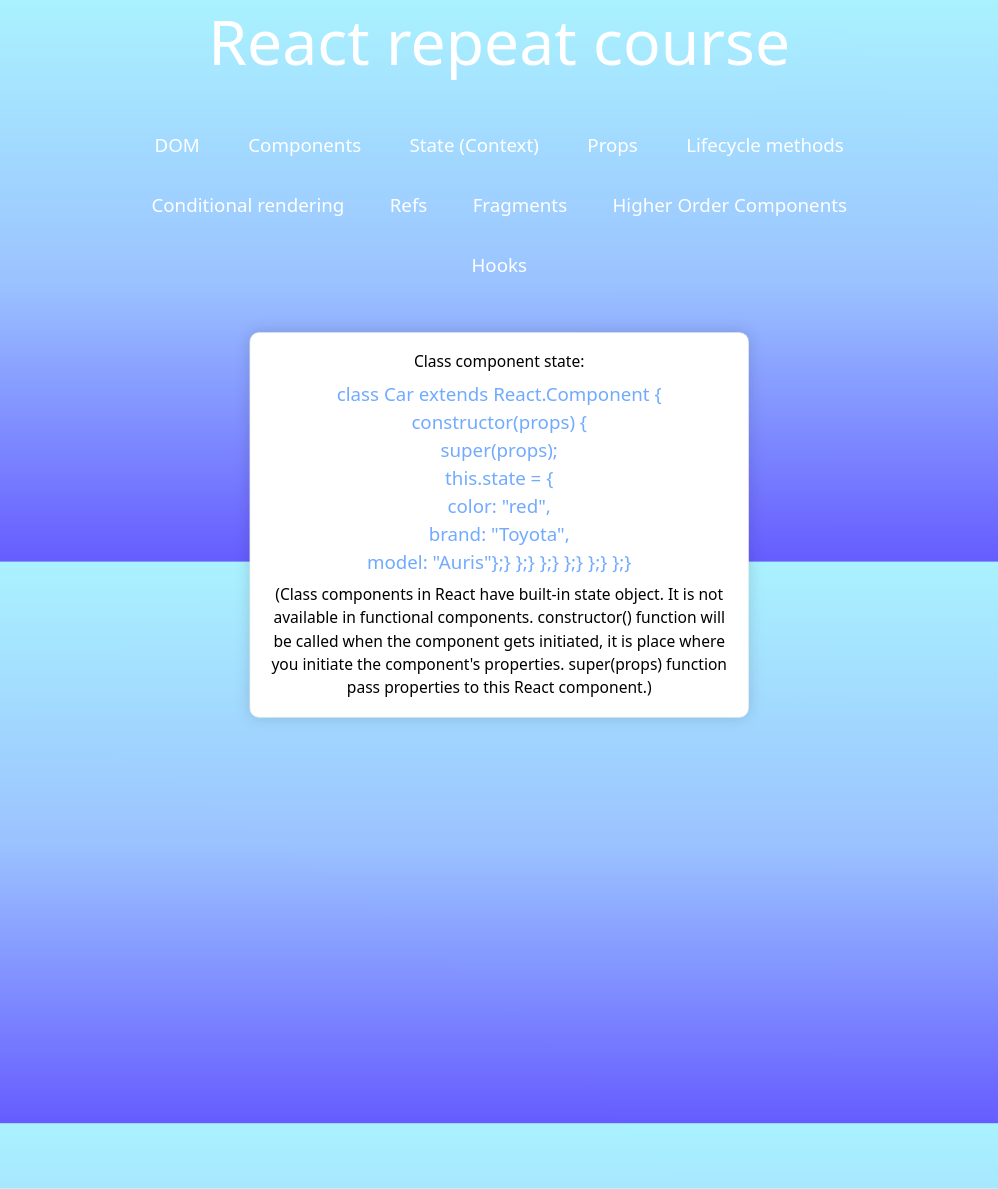
Repository: michalgornicki/github
Page: /#/State
An editor plug-in stored every save of this project. The page is shown before and after the next save, followed by the edit.
The browser window is 1280 px wide. The pictures show the whole page, at 78% of full size.
Backgrounds fixed to the window are drawn as part of the page. The project was rebuilt for these pictures with package versions that can differ from the ones it lists, and the page was loaded fresh each time. Also part of the build but not shown: src/components/dom.jsx, src/components/components.jsx, src/components/props.jsx, src/components/lifecycle.jsx, src/components/conditional.jsx, src/components/refs.jsx, src/components/fragments.jsx, src/components/hoc.jsx and 1 more.

Above is the page before, as saved 2022-02-07 12:58:34.

### src/App.jsx
import React from "react";
import "./App.css";
import "bootstrap/dist/css/bootstrap.min.css";
import { Route, HashRouter as Router, Routes, Link } from "react-router-dom";
import DOM from "./components/dom.jsx";
import Components from "./components/components.jsx";
import State from "./components/state.jsx";
import Props from "./components/props.jsx";
import Lifecycle from "./components/lifecycle.jsx";
import Conditional from "./components/conditional.jsx";
import Refs from "./components/refs.jsx";
import Fragments from "./components/fragments.jsx";
import HOC from "./components/hoc.jsx";
import Hooks from "./components/hooks.jsx";

const App = () => {
  return (
    <Router>
      <div className="text-center">
        <div className="display-1 mt-1 mb-5 text-white">React repeat course</div>

        <div className="h4 d-flex w-75 m-auto my-5 justify-content-evenly flex-wrap text-white">
          <Link className="link-style m-3" to="/">
            DOM
          </Link>
          <Link className="link-style m-3" to="/Components">
            Components
          </Link>
          <Link className="link-style m-3" to="/State">
            State (Context)
          </Link>
          <Link className="link-style m-3" to="/Props">
            Props
          </Link>
          <Link className="link-style m-3" to="/Lifecycle">
            Lifecycle methods
          </Link>
          <Link className="link-style m-3" to="/Conditional">
            Conditional rendering
          </Link>
          <Link className="link-style m-3" to="/Refs">
            Refs
          </Link>
          <Link className="link-style m-3" to="/Fragments">
            Fragments
          </Link>
          <Link className="link-style m-3" to="/HOC">
            Higher Order Components
          </Link>
          <Link className="link-style m-3" to="/Hooks">
            Hooks
          </Link>
        </div>

        <Routes>
          <Route path="/" element={<DOM />} />
          <Route path="/Components" element={<Components />} />
          <Route path="/State" element={<State />} />
          <Route path="/Props" element={<Props />} />
          <Route path="/Lifecycle" element={<Lifecycle />} />
          <Route path="/Conditional" element={<Conditional />} />
          <Route path="/Refs" element={<Refs />} />
          <Route path="/Fragments" element={<Fragments />} />
          <Route path="/HOC" element={<HOC />} />
          <Route path="/Hooks" element={<Hooks />} />
        </Routes>
      </div>
    </Router>
  );
};

export default App;

### src/App.css
@import url('https://fonts.googleapis.com/css2?family=Catamaran:wght@400&display=swap');

body{
    font-family: 'Catamaran', sans-serif;
    overflow-x: hidden;
    padding-bottom: 80vh;
    height: auto;
    background: linear-gradient(rgb(170, 242, 255), rgb(155, 195, 255), rgb(102, 92, 255));
    background-attachment: fixed;
}

.js-item{
    color:rgb(0, 0, 0);
    font-size: 1.25rem;
    background-color: white;
    transition: 0.2s;
    padding: 3vh;
    margin-bottom: 4vh!important;
    border: 1px solid rgb(240, 240, 240);
    width: 50%;
    margin-left: auto;
    margin-right: auto;
    box-shadow: 0px 0px 20px rgba(0, 0, 0, 0.15);
    border-radius: 0.75rem;
}

.js-item:hover{
    cursor: pointer;
    background-color: rgb(240, 240, 240);
}

.text-color{
    margin: auto;
    padding: 0.5rem;
    width: fit-content;
    color:rgb(113, 170, 255)!important;
    font-size: 1.5rem;
    border-radius: 1rem;
}

.link-style{
    color: inherit;
    text-decoration: inherit;
    padding: 0.5rem;
    border-radius: 0.5rem;
}

.link-style:hover{
    color: rgb(113, 170, 255);
    text-decoration: inherit;
}

@media only screen and (max-device-width: 600px), (max-width: 600px) {

    .js-item{
        width: 95%;
    }

}

### src/components/state.jsx
const State = () => {
  return (
    <div className="">
      <div className="js-item">
        {" "}
        <div className="">Class component state: </div>
        <div className="text-color">
          {`class Car extends React.Component {`} <br />
          {`constructor(props) {`} <br />
          {`super(props);`}{" "} <br />
          {`this.state = {`} <br />
          {`color: "red",`} <br />
          {`brand: "Toyota",`} <br />
          {`model: "Auris"`}
          {`};}`}{" "}
          {`};}`}{" "}
          {`};}`}{" "}
          {`};}`}{" "}
          {`};}`}{" "}
          {`};}`}{" "}
        </div>{" "}
        (Class components in React have built-in state object. It is not available in functional components. constructor() function will be called when the component gets initiated, it is place where you initiate the component's properties. super(props) function pass properties to this React component.)
      </div>
    </div>
  );
};

export default State;

Loaded but not shown: public/index.html (common file); src/index.js (common file); src/index.css (common file); src/reportWebVitals.js (common file)

After the next save:
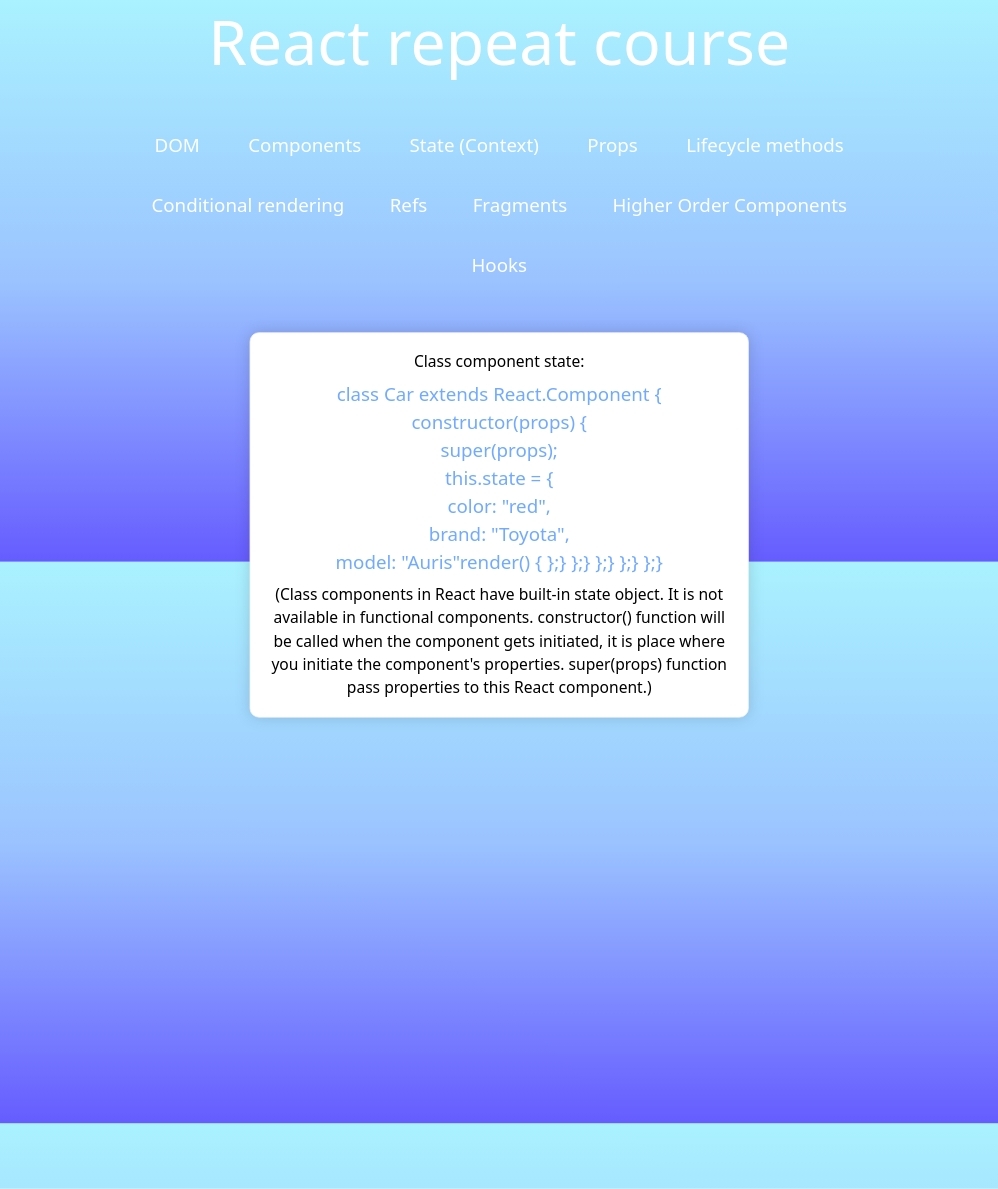
Saved 7 s later.
--- a/src/components/state.jsx
+++ b/src/components/state.jsx
@@ -12,7 +12,7 @@
           {`color: "red",`} <br />
           {`brand: "Toyota",`} <br />
           {`model: "Auris"`}
-          {`};}`}{" "}
+          {`render() {`}{" "}
           {`};}`}{" "}
           {`};}`}{" "}
           {`};}`}{" "}
